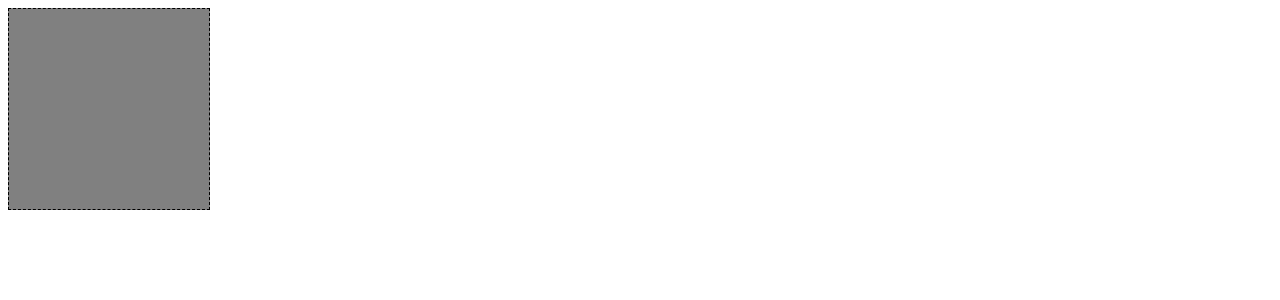
Repository: sh91c/jsp
Page: http://localhost/200701_SCORES/dragndrop/draggable02.jsp
The author's editor kept a copy of each file at every save. The page is drawn from the files as they stood at one save, then again after the next save.
The browser window is 1280 px wide. The pictures show the whole page.
Some web libraries are served in a nearby version. The page is served by Tomcat 9.

Above is the page before, as saved 2020-07-10 01:35:08.

After the next save:
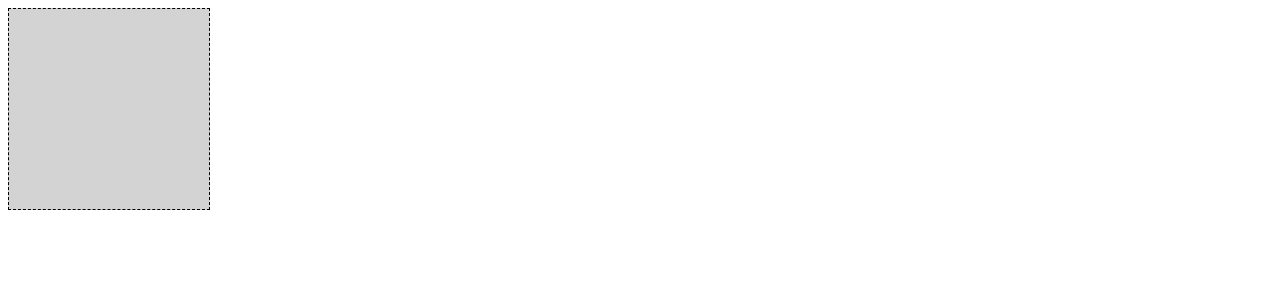
Saved 8 s later.
--- a/200701_SCORES/WebContent/dragndrop/draggable02.jsp
+++ b/200701_SCORES/WebContent/dragndrop/draggable02.jsp
@@ -10,7 +10,7 @@
 		width: 200px;
 		height: 200px;
 		border: 1px dashed black;
-		background-color : gray;
+		background-color : lightgray;
 	}
 </style>
 <script src="https://code.jquery.com/jquery-1.12.4.js"></script>
